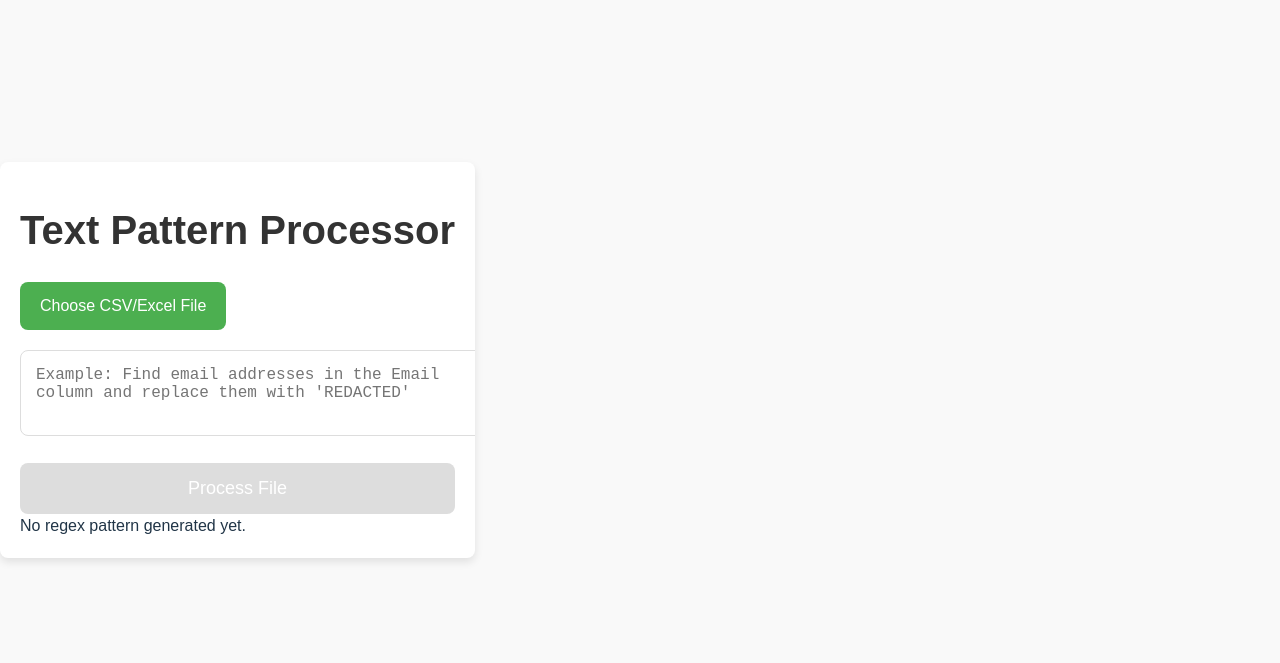
Repository: Rainman4301/techni_assess
Page: / (app in front_end/)
An editor plug-in stored every save of this project. The page is shown before and after the next save, followed by the edit.
The browser window is 1280 px wide. The pictures show the whole page.
The project was rebuilt for these pictures with package versions that can differ from the ones it lists, and the page was loaded fresh each time. Also part of the build but not shown: front_end/vite.config.js.

Above is the page before, as saved 2025-02-06 01:01:47.

After the next save:
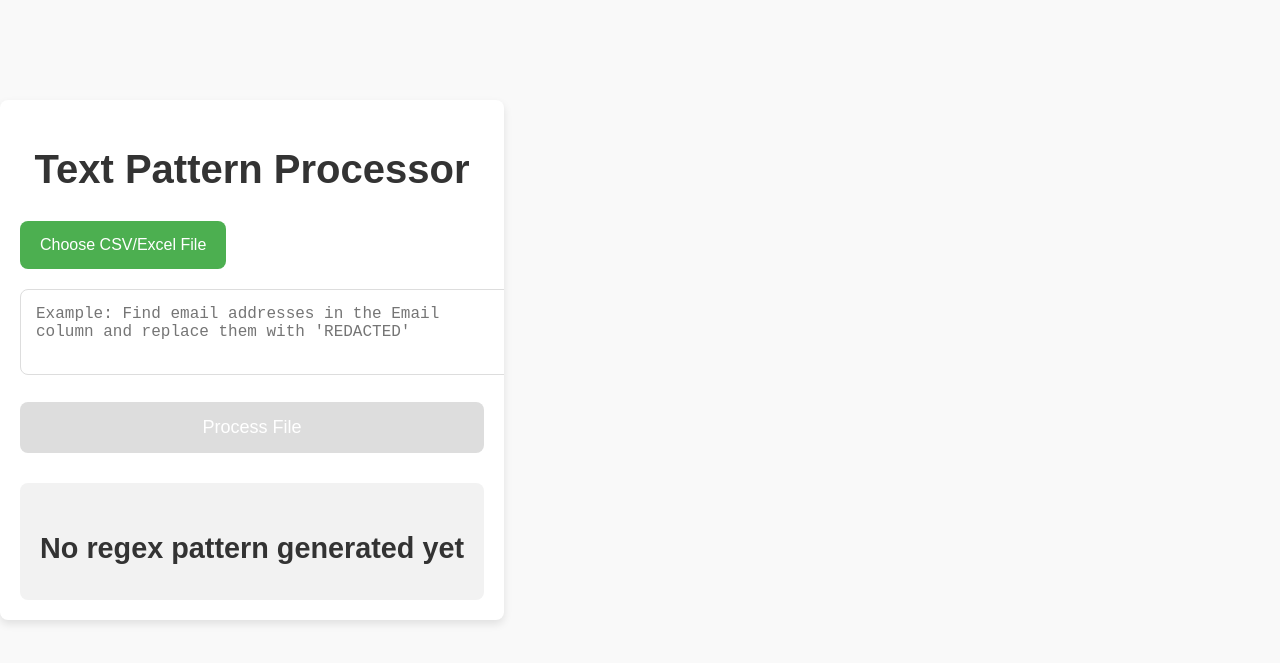
Saved 15 s later.
--- a/front_end/src/App.jsx
+++ b/front_end/src/App.jsx
@@ -88,9 +88,10 @@ function App() {
           <pre>{regexPattern}</pre>
         </div>
       ) : (
-        <div>No regex pattern generated yet.</div>  // Fallback message
+        <div className="regex-section">
+          <h2>No regex pattern generated yet</h2>
+        </div>
       )}
-
 
       {/* Results Display */}
       {processedData && (
@@ -120,6 +121,7 @@ function App() {
       )}
     </div>
   );
+
 }
 
 export default App;
